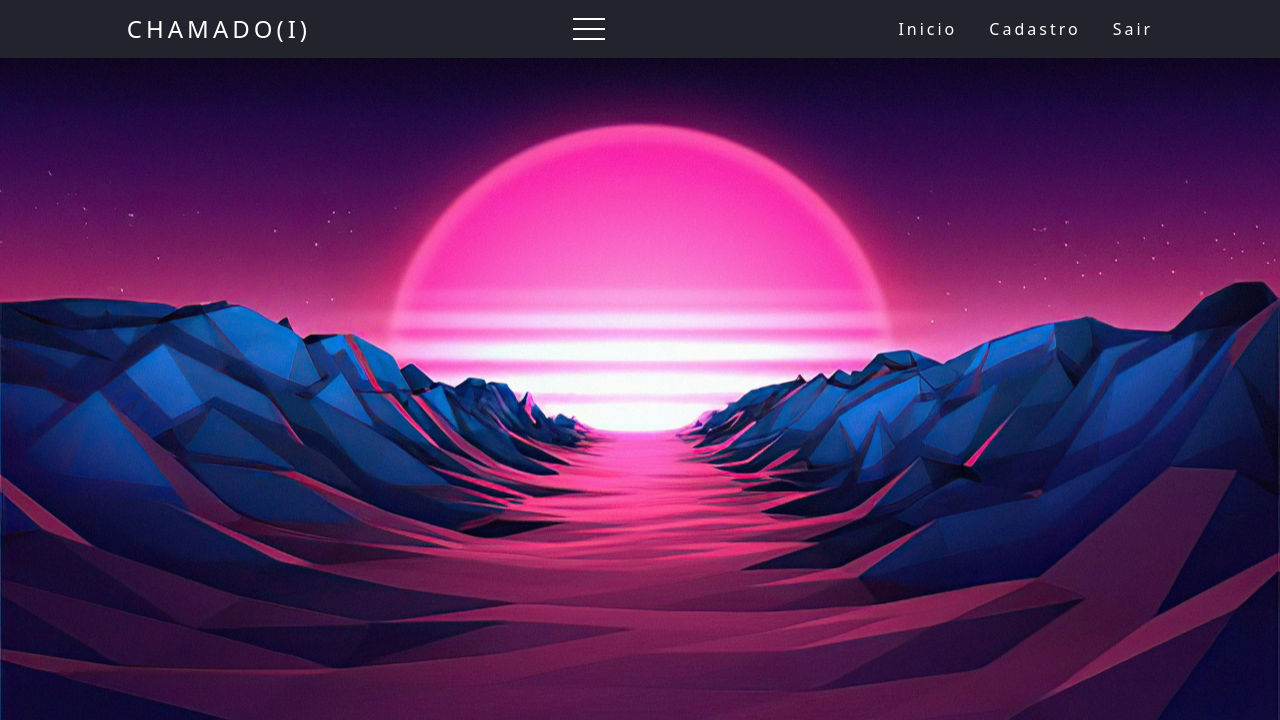
Repository: isaquemc2001/isaque-utilities
Page: index.html
The author's editor kept a copy of each file at every save. The page is drawn from the files as they stood at one save, then again after the next save.
The browser window is 1280 px wide. The pictures show the whole page.

Above is the page before, as saved 2021-10-28 09:15:39.

### index.html
<!DOCTYPE html>
<html lang="pt-br">

<head>
    <meta charset="UTF-8">
    <meta http-equiv="X-UA-Compatible" content="IE=edge">
    <meta name="viewport" content="width=device-width, initial-scale=1.0">
    <title>Chamado</title>

    <link rel="stylesheet" href="style.css">
</head>

<body>

    <header>
        <nav>
            <a class="logo" href="#">Chamado(i)</a>
            <div class="mobile-menu">
                <div class="line1"></div>
                <div class="line2"></div>
                <div class="line3"></div>
            </div>
            <ul class="nav-list">
                <li><a href="#">Inicio</a></li>
                <li><a href="#">Cadastro</a></li>
                <li><a href="#">Sair</a></li>
            </ul>
        </nav>
    </header>

    <main></main>

</body>

</html>

### style.css
*{
    margin: 0;
    padding: 0;
}

a {
    color: white;
    text-decoration: none;
    transition: 0.3s;
}

a:hover{
    opacity: 0.7;
}

.logo{
    font-size: 24px;
    text-transform: uppercase;
    letter-spacing: 4px;
}

nav{
    display: flex;
    justify-content: space-around;
    align-items: center;
    font-family: system-ui, -apple-system, Helvetica, Arial, sans-serif;
    background: #23232e;
    height: 8vh;
}

main{
    background: url("bg.jpg") no-repeat center center;
    background-size: cover;
    height: 92vh;
}

.nav-list{
    list-style: none;
    display: flex;
}

.nav-list li{
    letter-spacing: 3px;
    margin-left: 32px;
}

.mobile-menu {
    cursor: pointer;
}

.mobile-menu div {
    width: 32px;
    height: 2px;
    background: #fff;
    margin: 8px;
}

After the next save:
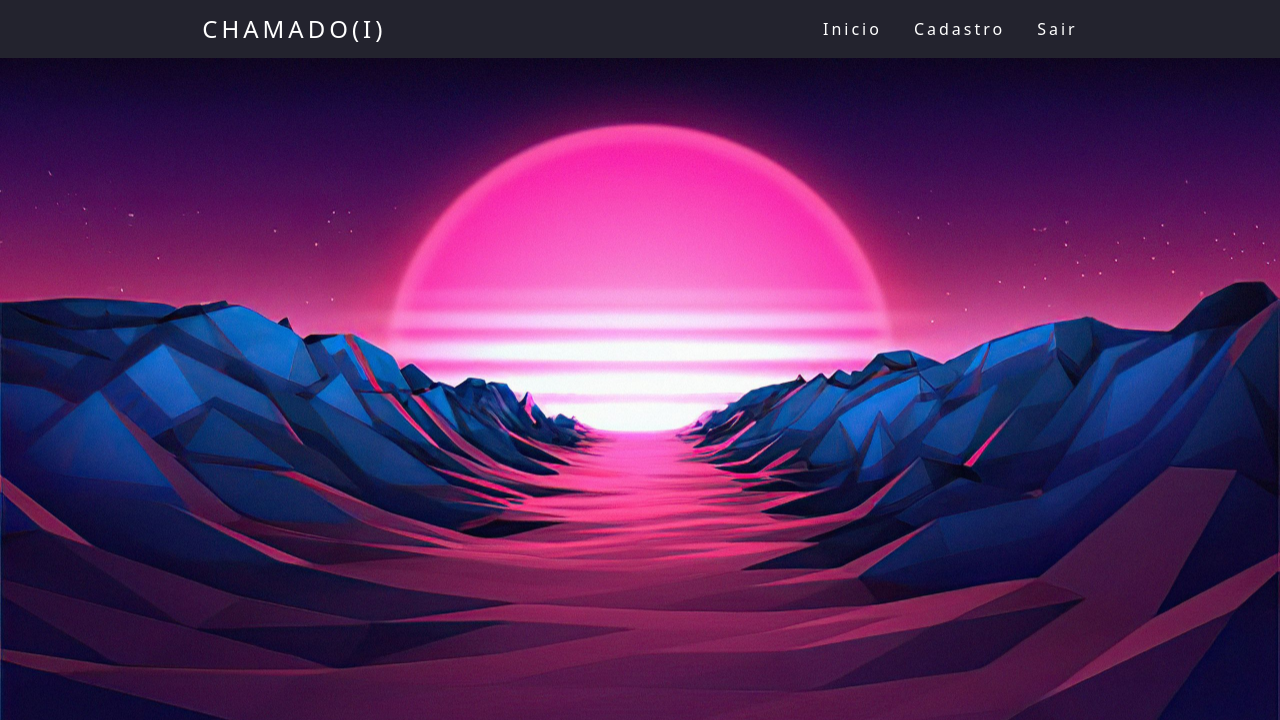
Saved 14 s later.
--- a/style.css
+++ b/style.css
@@ -45,6 +45,7 @@ main{
 }
 
 .mobile-menu {
+    display: none;
     cursor: pointer;
 }
 
